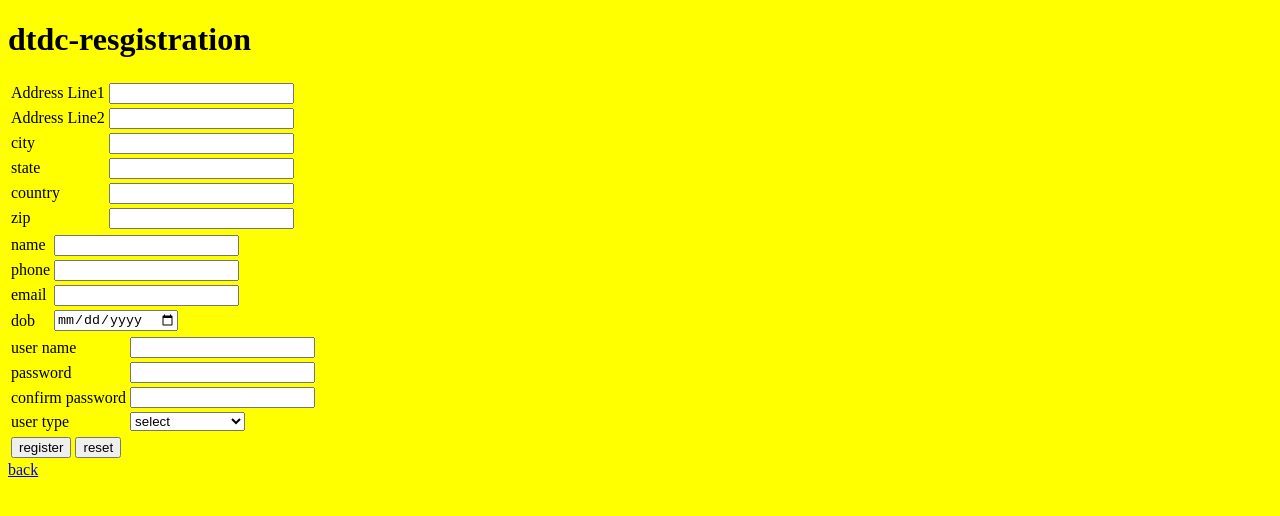
Repository: techkis4u/Kishor17
Page: http://localhost/cp_debit/WEB-INF/jsp/dtdc-registration.jsp
The author's editor kept a copy of each file at every save. The page is drawn from the files as they stood at one save, then again after the next save.
The browser window is 1280 px wide. The pictures show the whole page.
The page is served by Tomcat 9. Nobody is signed in. The template is opened directly, without the code that normally fills it, so the values that code supplies are empty.

Above is the page before, as saved 2019-12-02 22:00:21.

After the next save:
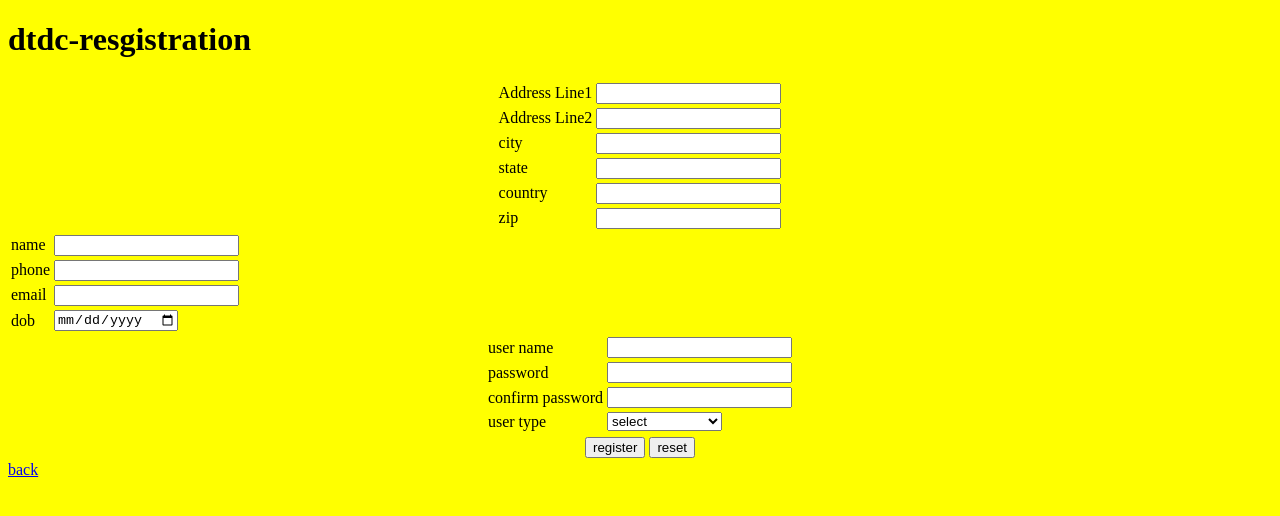
Saved 10 min 54 s later.
--- a/Project/cp_debit/src/main/WebApp/WEB-INF/jsp/dtdc-registration.jsp
+++ b/Project/cp_debit/src/main/WebApp/WEB-INF/jsp/dtdc-registration.jsp
@@ -16,7 +16,7 @@
 				<form:errors path="*"/>
 			</span>
 		</div>
-		<div id="address-div">
+		<div align="center" id="address-div">
 			<table>
 				<tr>
 					<td>Address Line1</td>
@@ -67,7 +67,7 @@
 				</tr>
 			</table>
 		</div>
-		<div id="login-info-div">
+		<div align="center" id="login-info-div">
 			<table>
 				<tr>
 					<td>user name</td>
@@ -94,7 +94,7 @@
 				</tr>
 			</table>
 		</div>
-		<div id="submit-div">
+		<div align="center" id="submit-div">
 			<table>
 				<tr>
 					<td><input type="submit" value="register"></td>
